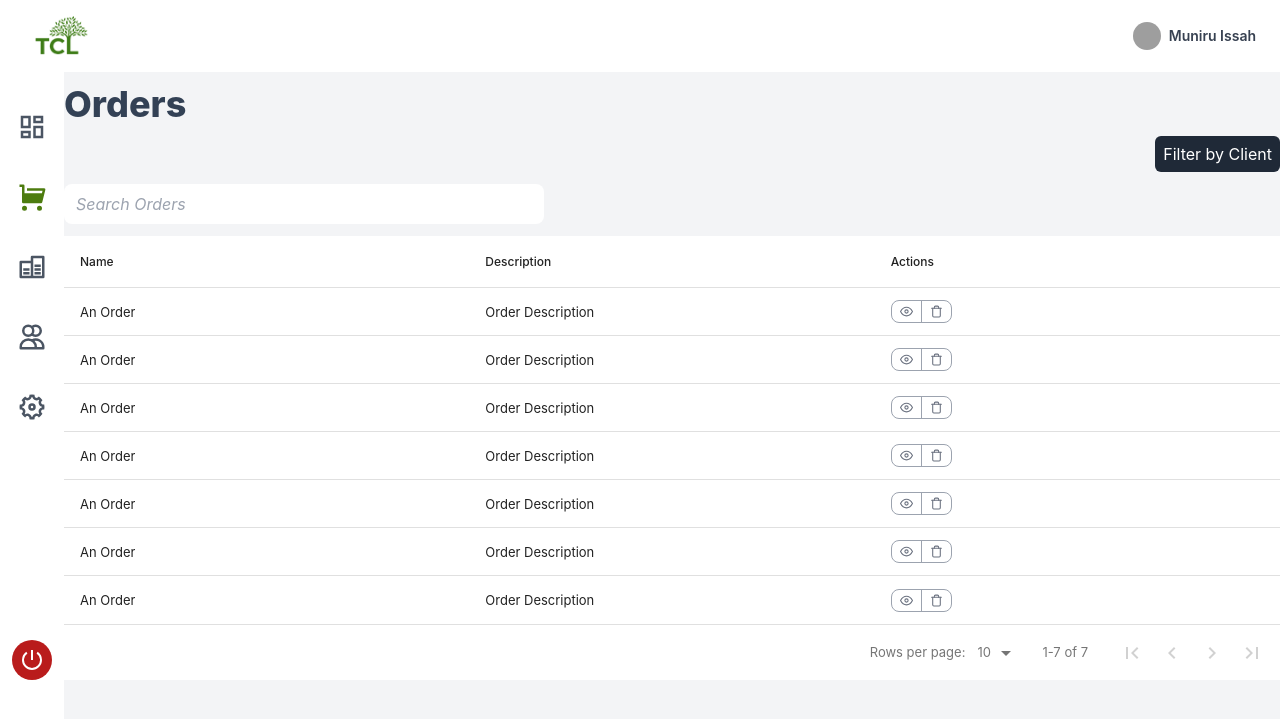
Repository: issah-gaisie/timber
Page: /dashboard/orders
These files come from the project's save history. The page is drawn as it stood at one moment and after the next save; the edit follows.
The browser window is 1280 px wide. The pictures show the whole page.
Pictures or frames that could not be fetched are drawn as grey boxes. The project was rebuilt for these pictures with package versions that can differ from the ones it lists, and the page was loaded fresh each time. Also part of the build but not shown: src/App.css, src/components/Input.js, src/components/Login.js, src/components/Auth.js, src/components/ResetPassword/PasswordReset.js, src/components/ResetPassword/PasswordResetSent.js, src/components/Dashboard/sub-components/ProfilePopup.js, src/components/PrivateRoute.js and 47 more.

Above is the page before, as saved 2022-04-02 11:57:40.

After the next save:
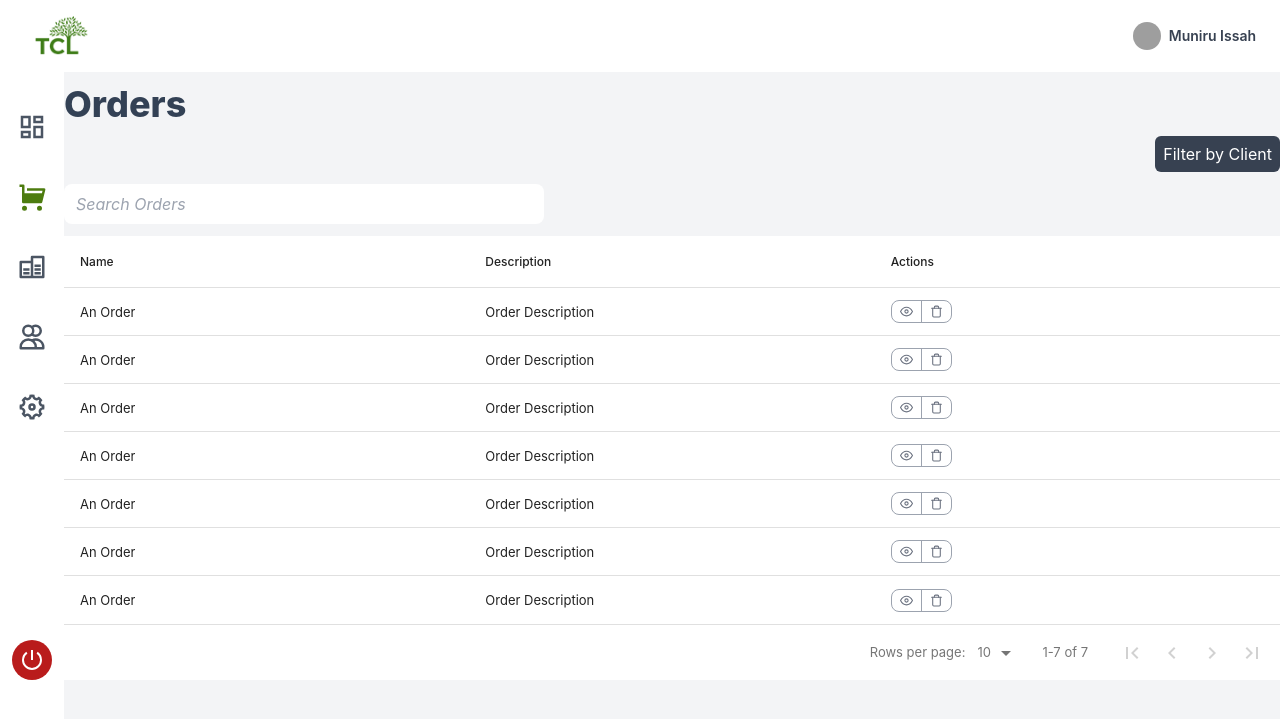
Saved 21 s later.
--- a/src/components/Dashboard/Orders/AllOrders.js
+++ b/src/components/Dashboard/Orders/AllOrders.js
@@ -91,7 +91,7 @@ const FilterByClient = ({
         </button>
       ) : (
         <button
-          className="rounded rounded-md bg-gray-800 text-white py-1.5 px-2"
+          className="rounded rounded-md bg-gray-700 text-white py-1.5 px-2"
           onClick={toggleFilters}
         >
           Filter by Client
